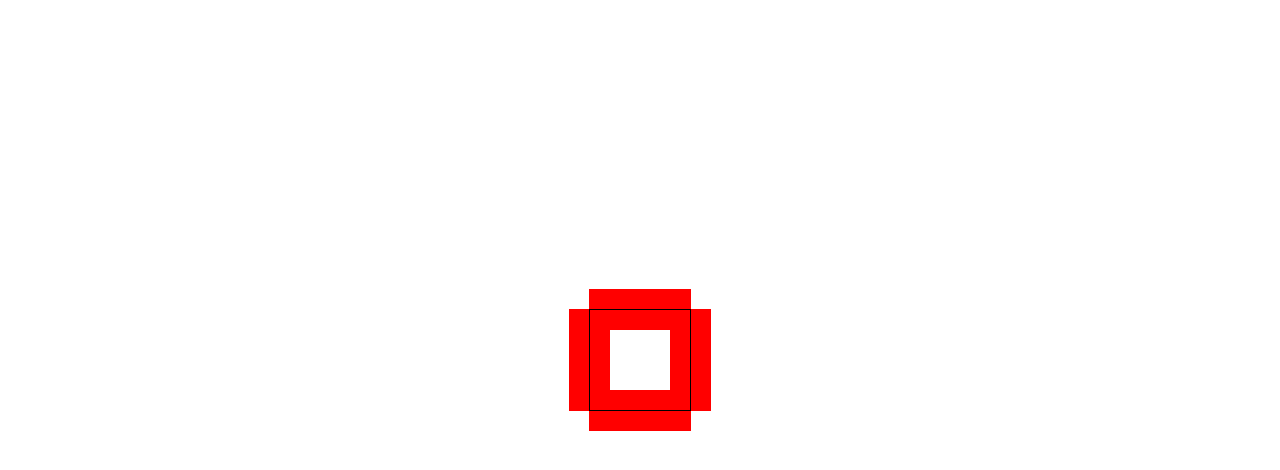
Repository: Jhin7782/HBuilder-Projects
Page: 【CSS】/高级属性/阴影/box-shadow.html
An editor plug-in stored every save of this project. The page is shown before and after the next save, followed by the edit.
The browser window is 1280 px wide. The pictures show the whole page.

Above is the page before, as saved 2017-06-12 14:42:33.

### 【CSS】/高级属性/阴影/box-shadow.html
<!DOCTYPE html>
<html>
	<head>
		<meta charset="UTF-8">
		<title></title>
		<style type="text/css">
			.box-shadow {
				border: 1px solid;
				width: 100px;
				height: 100px;
				position: absolute;
				top: 50%;
				left: 50%;
				-webkit-transform: translate(-50%, -50%);
				transform: translate(-50%, -50%);

				/*两者都有用*/
				/*-webkit-box-shadow: 10px 10px 0 blue;
				box-shadow: -10px -10px 0 red;*/

				/*→↓←↑*/
				/*-webkit-box-shadow: 20px 0px 0px 0px blue, 0px 20px 0px 0px blue, -20px 0px 0px 0px blue, 0px -20px 0px 0px blue;
				box-shadow: 20px 0px 0px 0px red, 0px 20px 0px 0px red, -20px 0px 0px 0px red, 0px -20px 0px 0px red;*/

				/*←↑→↓*/
				/*-webkit-box-shadow: 20px 0px 0px 0px blue inset, 0px 20px 0px 0px blue inset, -20px 0px 0px 0px blue inset, 0px -20px 0px 0px blue inset;
				box-shadow: 20px 0px 0px 0px red inset, 0px 20px 0px 0px red inset, -20px 0px 0px 0px red inset, 0px -20px 0px 0px red inset;*/

				-webkit-box-shadow: 20px 0px 0px 0px blue, 0px 20px 0px 0px blue, -20px 0px 0px 0px blue, 0px -20px 0px 0px blue,
									20px 0px 0px 0px blue inset, 0px 20px 0px 0px blue inset, -20px 0px 0px 0px blue inset, 0px -20px 0px 0px blue inset;
				box-shadow: 20px 0px 0px 0px red, 0px 20px 0px 0px red, -20px 0px 0px 0px red, 0px -20px 0px 0px red,
							20px 0px 0px 0px red inset, 0px 20px 0px 0px red inset, -20px 0px 0px 0px red inset, 0px -20px 0px 0px red inset;
			}
		</style>
	</head>
	<body>
		<div class="box-shadow"></div>
	</body>
</html>

After the next save:
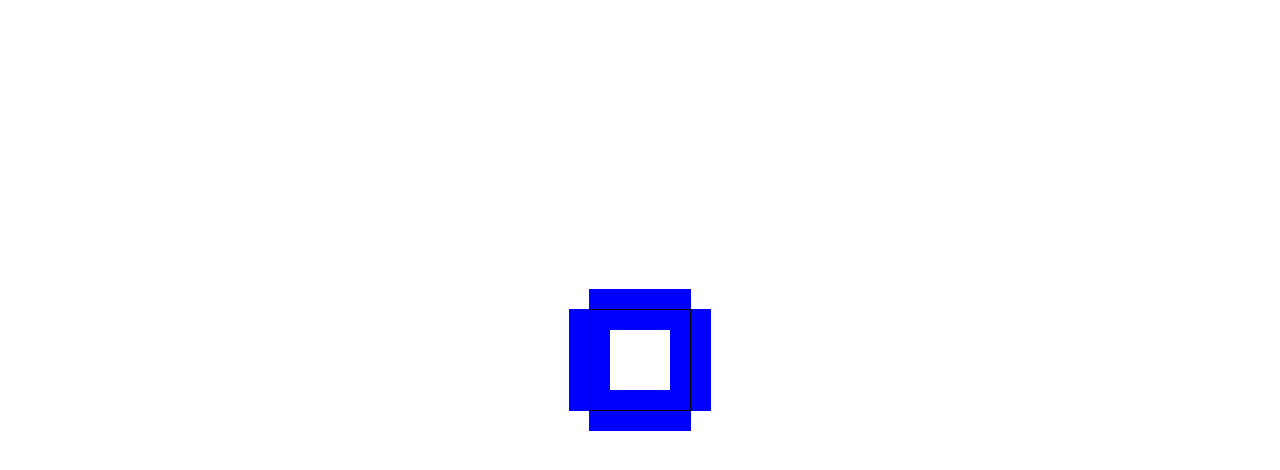
Saved 5 s later.
--- a/【CSS】/高级属性/阴影/box-shadow.html
+++ b/【CSS】/高级属性/阴影/box-shadow.html
@@ -28,8 +28,8 @@
 
 				-webkit-box-shadow: 20px 0px 0px 0px blue, 0px 20px 0px 0px blue, -20px 0px 0px 0px blue, 0px -20px 0px 0px blue,
 									20px 0px 0px 0px blue inset, 0px 20px 0px 0px blue inset, -20px 0px 0px 0px blue inset, 0px -20px 0px 0px blue inset;
-				box-shadow: 20px 0px 0px 0px red, 0px 20px 0px 0px red, -20px 0px 0px 0px red, 0px -20px 0px 0px red,
-							20px 0px 0px 0px red inset, 0px 20px 0px 0px red inset, -20px 0px 0px 0px red inset, 0px -20px 0px 0px red inset;
+				/*box-shadow: 20px 0px 0px 0px red, 0px 20px 0px 0px red, -20px 0px 0px 0px red, 0px -20px 0px 0px red,
+							20px 0px 0px 0px red inset, 0px 20px 0px 0px red inset, -20px 0px 0px 0px red inset, 0px -20px 0px 0px red inset;*/
 			}
 		</style>
 	</head>

After the 4 saves that followed:
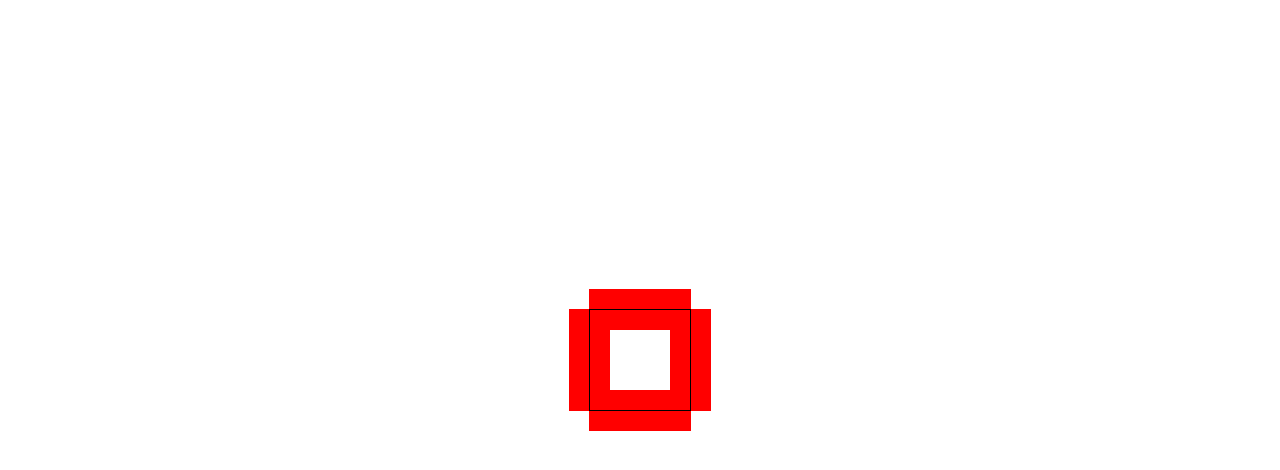
The 4 saves are shown as one change because 1 left the picture as it was and some came seconds apart.
The last was saved 18 s later.
--- a/【CSS】/高级属性/阴影/box-shadow.html
+++ b/【CSS】/高级属性/阴影/box-shadow.html
@@ -28,8 +28,8 @@
 
 				-webkit-box-shadow: 20px 0px 0px 0px blue, 0px 20px 0px 0px blue, -20px 0px 0px 0px blue, 0px -20px 0px 0px blue,
 									20px 0px 0px 0px blue inset, 0px 20px 0px 0px blue inset, -20px 0px 0px 0px blue inset, 0px -20px 0px 0px blue inset;
-				/*box-shadow: 20px 0px 0px 0px red, 0px 20px 0px 0px red, -20px 0px 0px 0px red, 0px -20px 0px 0px red,
-							20px 0px 0px 0px red inset, 0px 20px 0px 0px red inset, -20px 0px 0px 0px red inset, 0px -20px 0px 0px red inset;*/
+									box-shadow: 20px 0px 0px 0px red, 0px 20px 0px 0px red, -20px 0px 0px 0px red, 0px -20px 0px 0px red,
+												20px 0px 0px 0px red inset, 0px 20px 0px 0px red inset, -20px 0px 0px 0px red inset, 0px -20px 0px 0px red inset;
 			}
 		</style>
 	</head>
